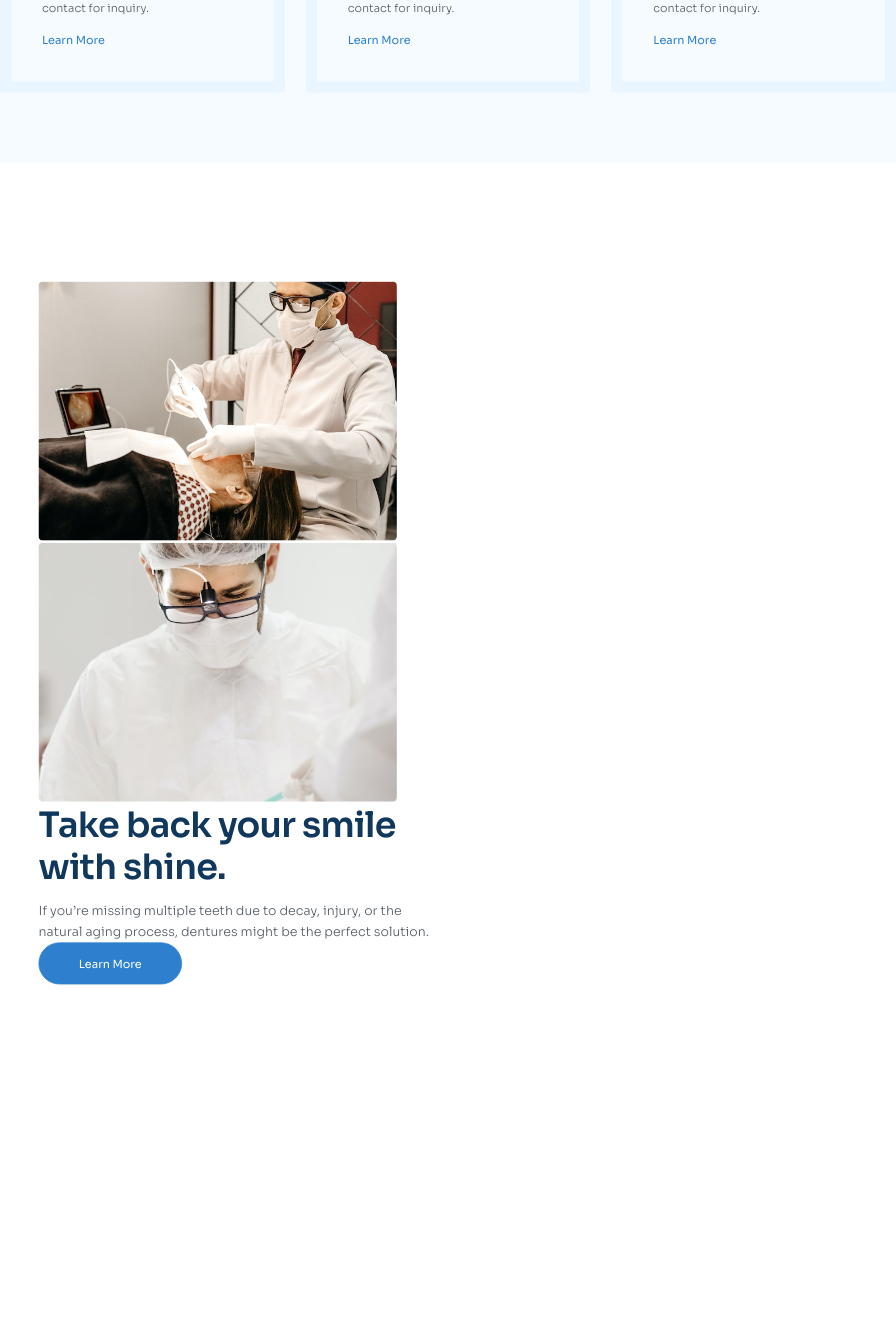
Repository: dongnguyen2112/htmlcss-project-03
Page: index.html
These files come from the project's save history. The page is drawn as it stood at one moment and after a run of saves; the edit follows.
The browser window is 1280 px wide. The pictures show the part of the page from y = 2425 to 4345 px (the page is 5720 px tall), at 70% of full size.

Above is the page before, as saved 2023-08-02 20:47:41.

After the next 2 saves:
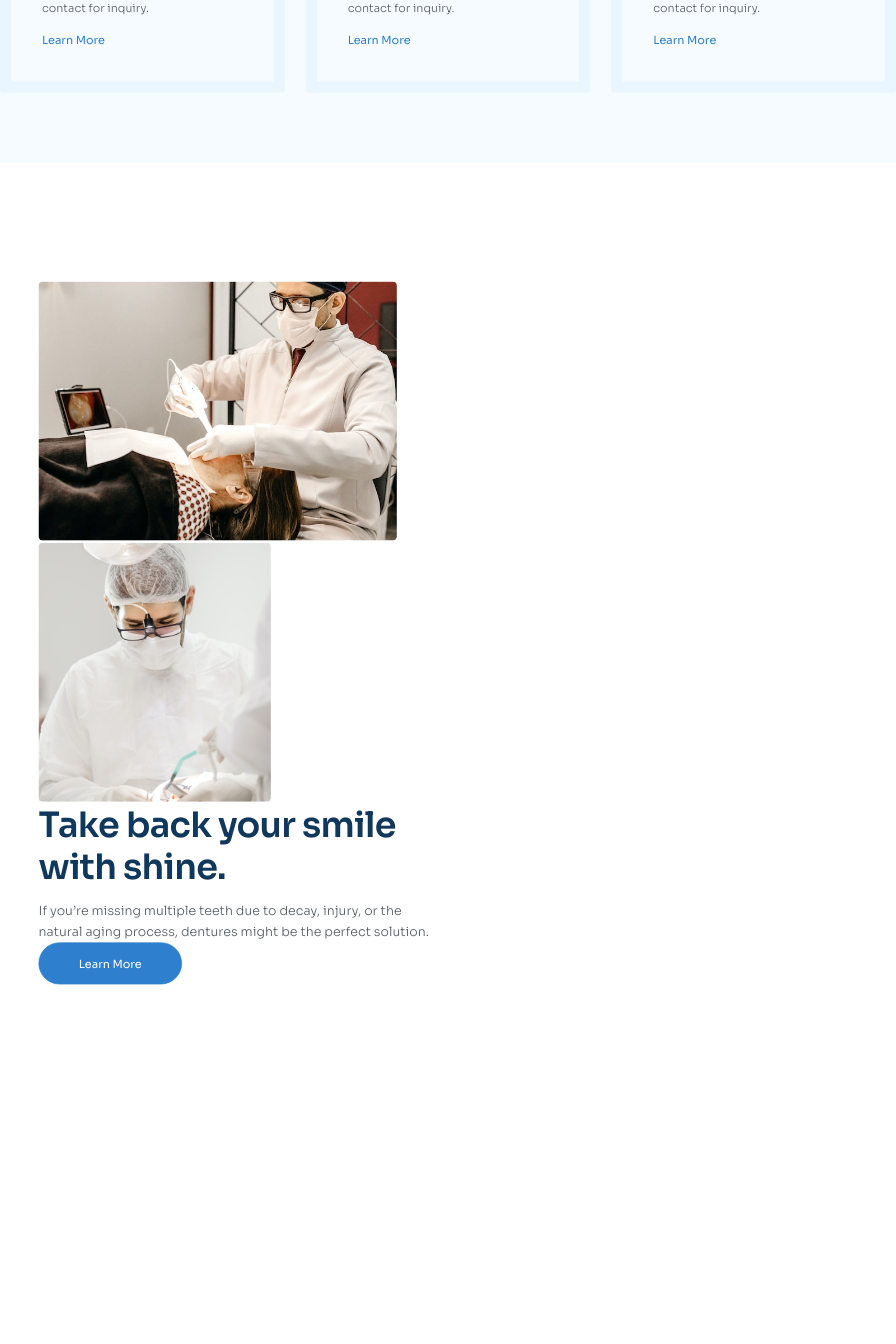
The 2 saves are shown as one change because they came seconds apart.
The last was saved 7 s later.
--- a/assets/css/styles.css
+++ b/assets/css/styles.css
@@ -341,6 +341,7 @@
     border-radius: 6px;
     object-fit: cover;
 }
-.feature__img:last-child{
-
-}
+.feature__img:last-child {
+    width: 332px;
+    height: 370px;
+}
